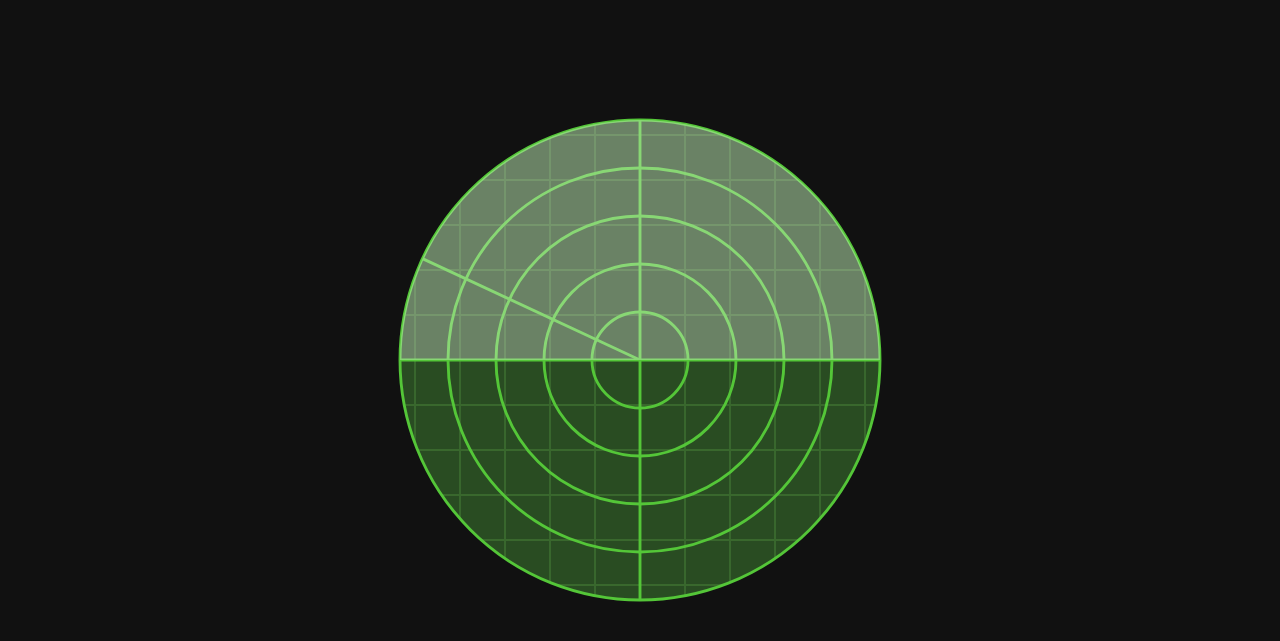
Repository: pedro-mancano/ProjetoCDM204
Page: scripts/radar.html
These files come from the project's save history. The page is drawn as it stood at one moment and after the next save; the edit follows.
The browser window is 1280 px wide. The pictures show the whole page.

Above is the page before, as saved 2024-11-27 09:05:05.

After the next save:
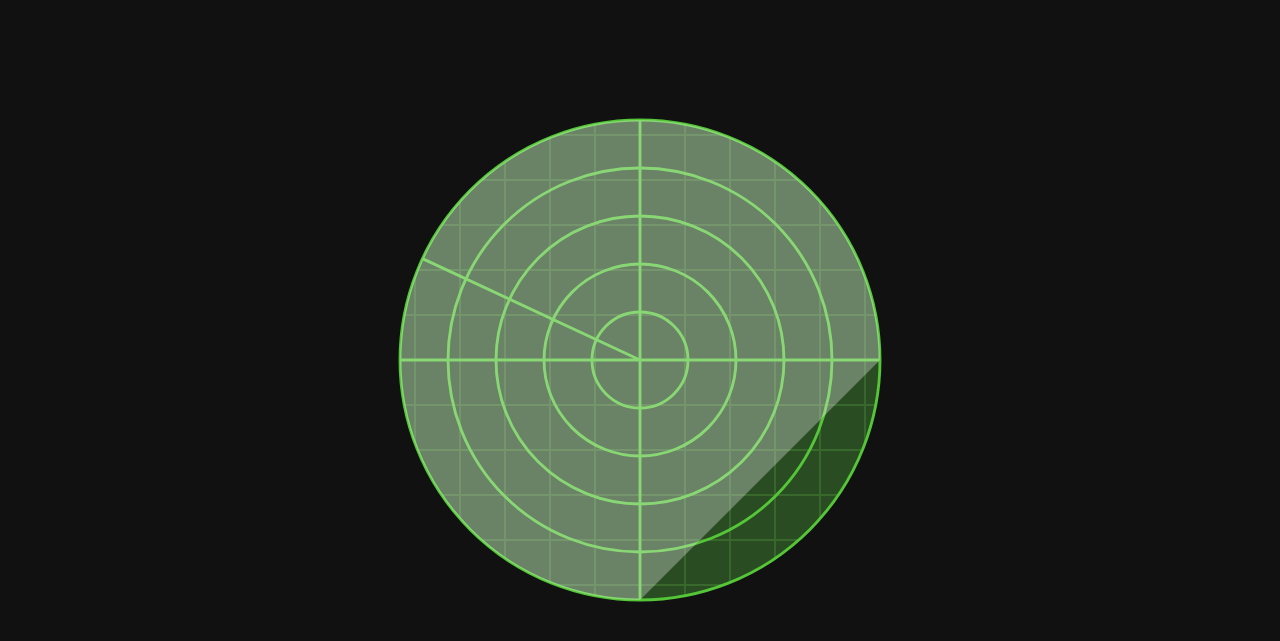
Saved 4 s later.
--- a/scripts/radar.js
+++ b/scripts/radar.js
@@ -83,7 +83,7 @@ function draw(elapsed) {
   ctx.lineWidth = 2 * scaleFactor;
   ctx.globalAlpha = 0.3;
   ctx.beginPath();
-  ctx.arc(R, R, r, Math.PI, 2 * Math.PI);
+  ctx.arc(R, R, r, Math.PI / 2, 2 * Math.PI);
   ctx.fill();
   ctx.globalAlpha = 1;
 }
